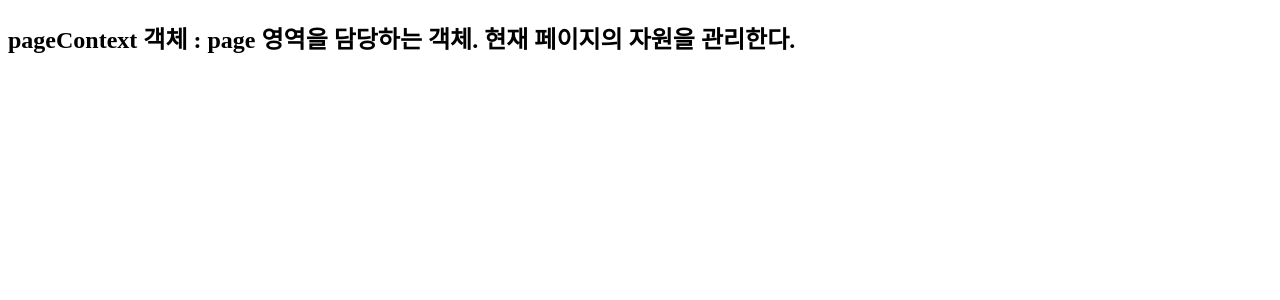
Repository: WONDongin/GoodeeAcademy_JAVA
Page: http://localhost/jspStudy/ex06_pageContext/ex02_pageContext.jsp
These files come from the project's save history. The page is drawn as it stood at one moment and after the next save; the edit follows.
The browser window is 1280 px wide. The pictures show the whole page.
The page is served by Tomcat 9.

Above is the page before, as saved 2025-04-02 03:15:11.

### jsp_study/jspStudy/src/main/webapp/ex06_pageContext/ex02_pageContext.jsp
<%@ page language="java" contentType="text/html; charset=UTF-8"
    pageEncoding="UTF-8"%>
<!DOCTYPE html>
<html>
	<head>
		<meta charset="UTF-8">
		<title>pageContext 예제]</title>
	</head>
	<body>
		<h2>pageContext 객체 : page 영역을 담당하는 객체. 현재 페이지의 자원을 관리한다.</h2>

	</body>
</html>

After the next save:
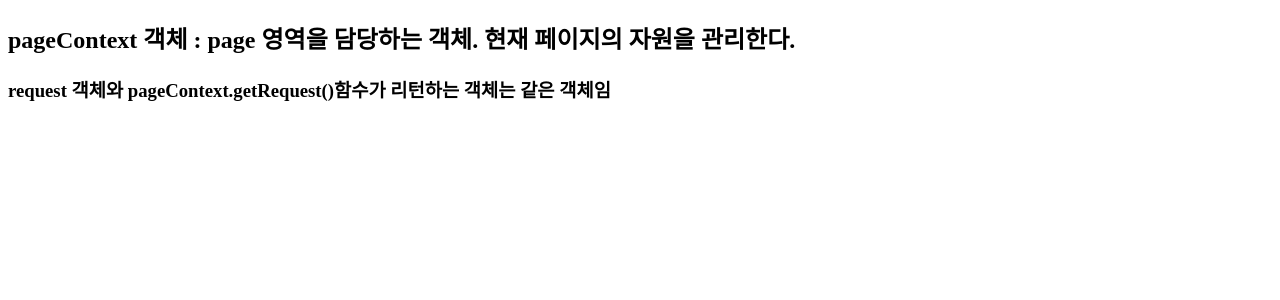
Saved 108 s later.
--- a/jsp_study/jspStudy/src/main/webapp/ex06_pageContext/ex02_pageContext.jsp
+++ b/jsp_study/jspStudy/src/main/webapp/ex06_pageContext/ex02_pageContext.jsp
@@ -8,6 +8,16 @@
 	</head>
 	<body>
 		<h2>pageContext 객체 : page 영역을 담당하는 객체. 현재 페이지의 자원을 관리한다.</h2>
+		<h3>
+		<%
+		if(request == pageContext.getRequest()) {%>
+		request 객체와 pageContext.getRequest()함수가 리턴하는 객체는 같은 객체임 <br/>
+		<% } %>
 
+		<%
+		if(request == pageContext.getResponse()) {%>
+		request 객체와 pageContext.getRequest()함수가 리턴하는 객체는 같은 객체임 <br/>
+		<% } %>
+		</h3>
 	</body>
 </html>
